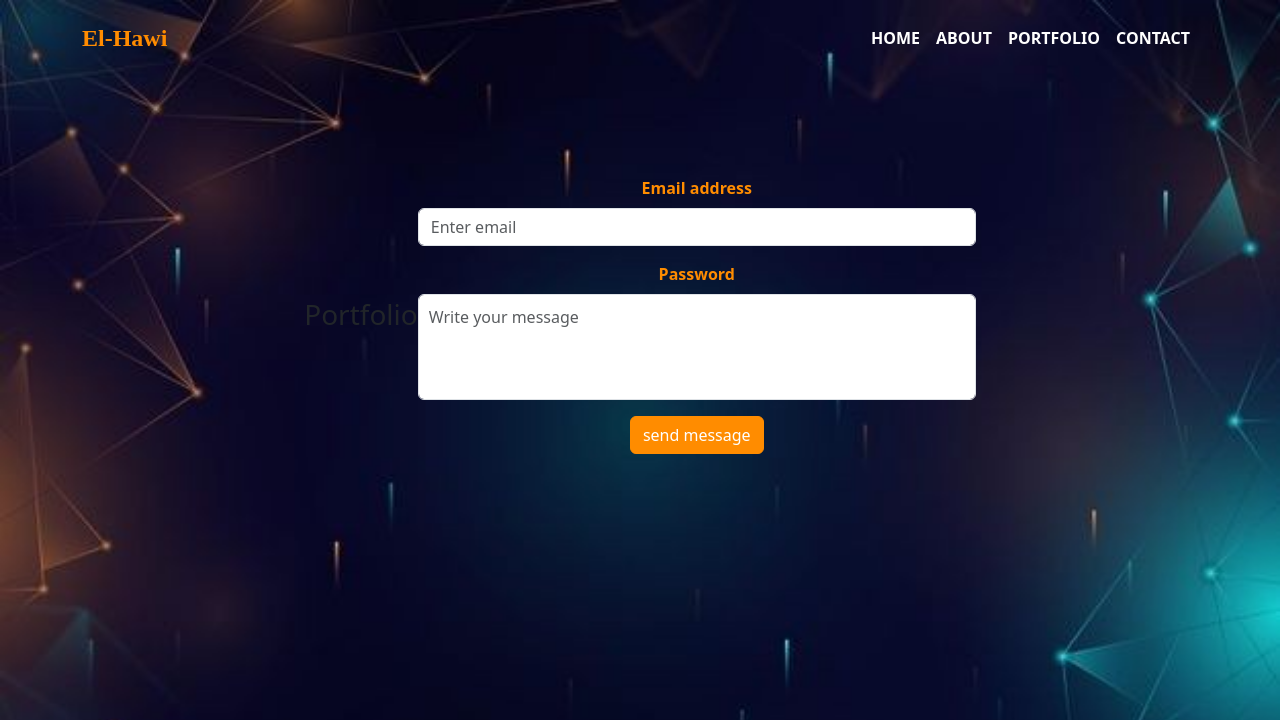
Repository: amralhawi123/Portfolio
Page: /contact
An editor plug-in stored every save of this project. The page is shown before and after a run of saves, followed by the edit.
The browser window is 1280 px wide. The pictures show the whole page.
The project was rebuilt for these pictures with package versions that can differ from the ones it lists, and the page was loaded fresh each time. Also part of the build but not shown: src/components/landing/landing.css, src/components/landing/landing.js, src/components/about/about.css, src/components/about/About.js, src/components/Portfolio/portfolio.css, src/components/Portfolio/Portfolio.js. Imported but missing from the stored project, and not drawn on this page: src/image/Amr Mahmoud Alhawi.pdf.

Above is the page before, as saved 2023-08-28 17:29:45.

After the next 3 saves:
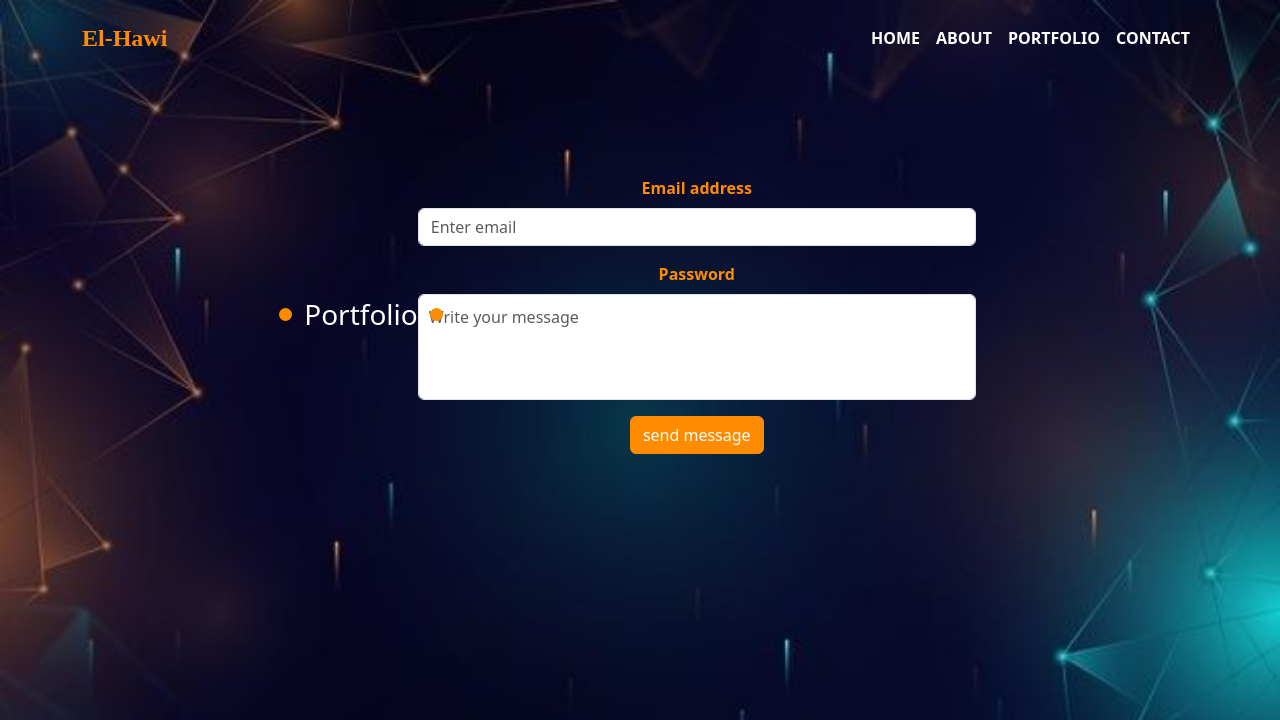
The 3 saves are shown as one change because they came seconds apart.
The last was saved 13 s later.
--- a/src/components/contact/contact.css
+++ b/src/components/contact/contact.css
@@ -21,12 +21,12 @@ form .heghit{
    background-color: darkorange !important;
    border-color: darkorange !important;
 }
-.portfolio  h3{
+.contact  h3{
    color: white;
    position: relative;
    display: inline-block;
 }
-.portfolio  h3::before{
+.contact  h3::before{
    content: '';
    position: absolute;
    background-color: darkorange;
@@ -36,7 +36,7 @@ form .heghit{
    left: -25px;
    top: 30%;
 }
-.portfolio  h3::after{
+.contact  h3::after{
    content: '';
    position: absolute;
    background-color: darkorange;
